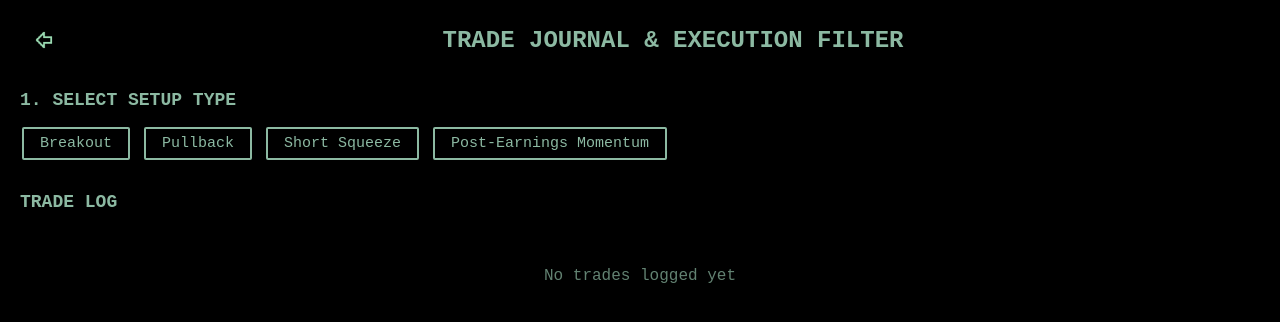
Repository: 11612x/burnlistv1.1
Page: /journal
An editor plug-in stored every save of this project. The page is shown before and after the next save, followed by the edit.
The browser window is 1280 px wide. The pictures show the whole page.
The project was rebuilt for these pictures with package versions that can differ from the ones it lists, and the page was loaded fresh each time. Also part of the build but not shown: vite.config.js, src/components/CustomTooltip.jsx, src/logic/portfolioUtils.js, src/components/WatchlistChart.jsx, src/data/randomNames.js, src/data/mockTickerGenerator.js, src/components/NotificationBanner.jsx, src/pages/HomePage.jsx and 22 more.

Above is the page before, as saved 2025-07-25 15:19:16.

After the next save:
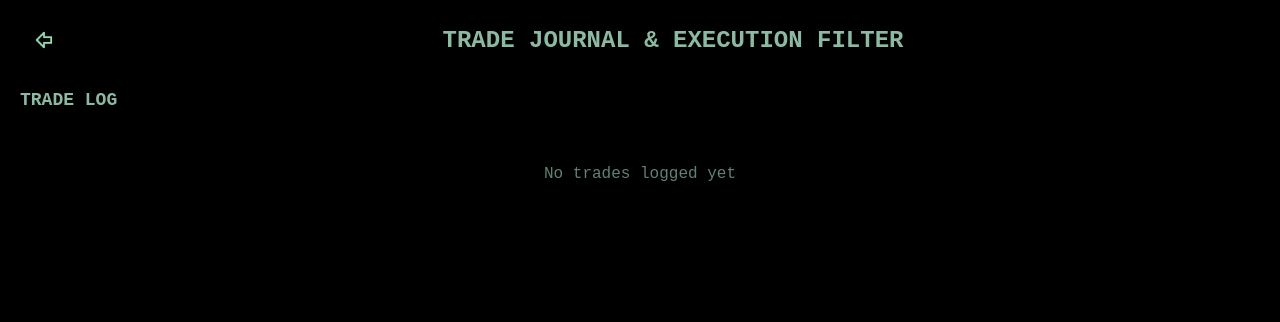
Saved 71 s later.
--- a/src/pages/TradeJournal.jsx
+++ b/src/pages/TradeJournal.jsx
@@ -319,26 +319,7 @@ const TradeJournal = () => {
         </h1>
       </div>
 
-      {/* Setup Selection */}
-      <div style={{ marginBottom: '30px' }}>
-        <h2 style={{ marginBottom: '15px', fontSize: '18px' }}>1. SELECT SETUP TYPE</h2>
-        <div style={{ display: 'flex', gap: '10px', flexWrap: 'wrap' }}>
-          {Object.entries(SETUP_CONFIGS).map(([key, config]) => (
-            <CustomButton
-              key={key}
-              onClick={() => setSelectedSetup(key)}
-              style={{
-                background: selectedSetup === key ? CRT_GREEN : 'transparent',
-                color: selectedSetup === key ? '#000' : CRT_GREEN,
-                border: `2px solid ${CRT_GREEN}`,
-                fontWeight: selectedSetup === key ? 'bold' : 'normal'
-              }}
-            >
-              {config.name}
-            </CustomButton>
-          ))}
-        </div>
-      </div>
+
 
       {/* Checklist */}
       {selectedSetup && (
